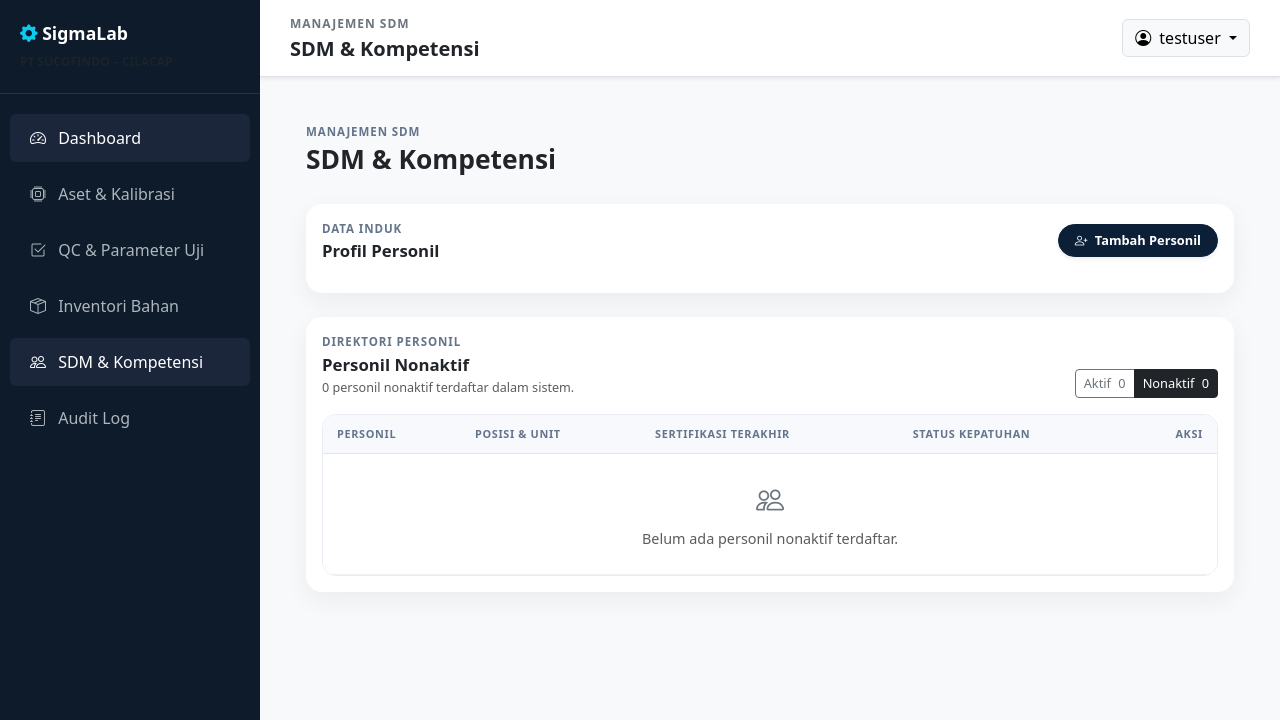
Repository: amelianeesa/sigmalab
Page: http://localhost/sdm?status=nonaktif
An editor plug-in stored every save of this project. The page is shown before and after the next save, followed by the edit.
The browser window is 1280 px wide. The pictures show the whole page.
The page is served by the project's Laravel application, run on PHP 8.4 with Laravel 12. A made-up administrator, Test User (test@example.com), is signed in. Other server files are loaded and not shown. Queries for data that is not in the repository find no rows.

Above is the page before, as saved 2026-08-05 16:08:43.

### routes/web.php
<?php

use Illuminate\Support\Facades\Route;
use App\Http\Controllers\AuthController;
use App\Http\Controllers\SdmController;

Route::get('/', [AuthController::class, 'showLogin']);
Route::get('/login', [AuthController::class, 'showLogin'])->name('login');
Route::post('/login', [AuthController::class, 'processLogin'])->name('login.process');

Route::get('/register', [AuthController::class, 'showRegister'])->name('register');
Route::post('/register', [AuthController::class, 'processRegister'])->name('register.process');

Route::post('/logout', [AuthController::class, 'logout'])->name('logout');

Route::middleware(['auth'])->group(function () {

    Route::get('/dashboard', function () {
        return view('dashboard-index');
    })->name('dashboard');

    Route::get('/sdm', [SdmController::class, 'index'])->name('sdm.index');
    Route::get('/sdm/create', [SdmController::class, 'create'])->name('sdm.create');
    Route::post('/sdm', [SdmController::class, 'store'])->name('sdm.store');
    Route::get('/sdm/{id}/edit', [SdmController::class, 'edit'])->name('sdm.edit');
    Route::put('/sdm/{id}', [SdmController::class, 'update'])->name('sdm.update');
    Route::delete('/sdm/{id}', [SdmController::class, 'destroy'])->name('sdm.destroy');

    Route::get('/sdm/{id}/kompetensi', [SdmController::class, 'kompetensiDetail'])->name('sdm.kompetensi.detail');
    Route::get('/sdm/{id}/cv', [SdmController::class, 'showCv'])->name('sdm.cv');
});

### resources/views/sdm/index.blade.php
@extends('layouts.app')

@section('content')
<style>
    .sdm-page { color: #172b4d; font-size: .9rem; }
    .sdm-page h2 { font-size: 1.65rem; }
    .sdm-page h5 { font-size: 1.05rem; }
    .sdm-page .card-body { padding: 1rem !important; }
    .sdm-page .btn { font-size: .8rem; }
    .sdm-page .badge { font-size: .68rem; }
    .sdm-page .section-card { border: 1px solid #e7edf3; box-shadow: 0 8px 24px rgba(15, 35, 59, .06) !important; }
    .sdm-page .section-kicker { color: #64748b; font-size: .72rem; font-weight: 700; letter-spacing: .08em; text-transform: uppercase; }
    .sdm-page .table-shell { border: 1px solid #e8edf3; border-radius: 14px; overflow: hidden; }
    .sdm-page .personil-table { margin: 0; }
    .sdm-page .personil-table thead th { background: #f7f9fc; border-bottom: 1px solid #dfe6ee; color: #64748b; font-size: .68rem; font-weight: 700; letter-spacing: .06em; padding: 11px 14px; text-transform: uppercase; white-space: nowrap; }
    .sdm-page .personil-table tbody td { border-color: #edf1f5; padding: 11px 14px; vertical-align: middle; }
    .sdm-page .personil-table tbody tr:hover { background: #f8fbfd; }
    .sdm-page .personil-avatar { align-items: center; background: #e5f2f7; border-radius: 50%; color: #0b5875; display: inline-flex; flex: 0 0 32px; font-size: .68rem; font-weight: 700; height: 32px; justify-content: center; width: 32px; }
    .sdm-page .status-review { background: #fff1f2; border: 1px solid #fecdd3; color: #be123c; font-size: .75rem; font-weight: 700; }
    .sdm-page .status-active { background: #ecfdf5; border: 1px solid #a7f3d0; color: #047857; font-size: .75rem; font-weight: 700; }
    .sdm-page .status-warning { background: #fffbeb; border: 1px solid #fde68a; color: #b45309; font-size: .75rem; font-weight: 700; }
    .sdm-page .status-expired { background: #fff1f2; border: 1px solid #fecdd3; color: #be123c; font-size: .75rem; font-weight: 700; }
    .sdm-page .status-empty { background: #f1f5f9; border: 1px solid #d8e0ea; color: #64748b; font-size: .75rem; font-weight: 700; }
    .sdm-page .add-personil-btn { background: #0b1f36; border-color: #0b1f36; }
    .sdm-page .add-personil-btn:hover { background: #12385d; border-color: #12385d; }
    .sdm-page .action-btn { align-items: center; border-radius: 7px; display: inline-flex; font-size: .76rem; height: 28px; justify-content: center; width: 28px; }
    .sdm-page .form-select-lg { font-size: .9rem; min-height: 42px; padding-bottom: .45rem; padding-top: .45rem; }
</style>
<div class="sdm-page">
<div class="container-fluid px-3 py-3">
    <div class="d-flex justify-content-between align-items-center mb-4">
        <div>
            <span class="section-kicker d-block mb-1">Manajemen SDM</span>
            <h2 class="fw-bold text-dark mb-1">SDM & Kompetensi</h2>
            <p class="text-muted mb-0"></p>
        </div>
    </div>

    @if(session('success'))
        <div class="alert alert-success alert-dismissible fade show shadow-sm" role="alert">
            <i class="bi bi-check-circle-fill me-2"></i> {{ session('success') }}
            <button type="button" class="btn-close" data-bs-dismiss="alert" aria-label="Close"></button>
        </div>
    @endif

    @if(session('error'))
        <div class="alert alert-danger alert-dismissible fade show shadow-sm" role="alert">
            <i class="bi bi-exclamation-triangle-fill me-2"></i> {{ session('error') }}
            <button type="button" class="btn-close" data-bs-dismiss="alert" aria-label="Close"></button>
        </div>
    @endif

    @if($errors->any())
        <div class="alert alert-danger alert-dismissible fade show shadow-sm" role="alert">
            <i class="bi bi-exclamation-triangle-fill me-2"></i> Data belum dapat disimpan. Periksa isian berikut.
            <ul class="mb-0 mt-2 ps-3">
                @foreach($errors->all() as $error)
                    <li>{{ $error }}</li>
                @endforeach
            </ul>
            <button type="button" class="btn-close" data-bs-dismiss="alert" aria-label="Close"></button>
        </div>
    @endif

    <div class="card section-card border-0 rounded-4 mb-4">
        <div class="card-body p-4">
            <div class="d-flex justify-content-between align-items-center mb-3">
                <div>
                    <span class="section-kicker d-block mb-1">Data induk</span>
                    <h5 class="fw-bold text-dark mb-0">Profil Personil</h5>
                </div>
                <button type="button" class="btn btn-dark add-personil-btn shadow-sm px-3 fw-semibold rounded-pill" data-bs-toggle="modal" data-bs-target="#modalTambahPersonil">
                    <i class="bi bi-person-plus me-1"></i> Tambah Personil
                </button>
            </div>

            <div class="d-none">
                <select class="form-select form-select-lg rounded-3 border-secondary-subtle" onchange="window.location.href = this.value ? '?personil_id=' + this.value : '{{ route('sdm.index') }}'">
                    <option value="">— Pilih personil —</option>
                    @foreach($personil as $p)
                        <option value="{{ $p->personil_id }}" {{ isset($selectedPersonil) && $selectedPersonil->personil_id == $p->personil_id ? 'selected' : '' }}>
                            {{ $p->nama }} — {{ $p->jabatan }}
                        </option>
                    @endforeach
                </select>
            </div>

            @if($selectedPersonil)
            <div class="p-3 border rounded-4 bg-light bg-opacity-50">
                <div class="d-flex align-items-start gap-3 mb-4">
                    <div class="rounded-circle bg-dark text-white fw-bold d-flex align-items-center justify-content-center shadow-sm" style="width: 50px; height: 50px; font-size: 18px;">
                        {{ strtoupper(substr($selectedPersonil->nama, 0, 2)) }}
                    </div>
                    <div>
                        <h5 class="fw-bold text-dark mb-1">{{ $selectedPersonil->nama }}</h5>
                        <p class="text-muted small mb-1">{{ $selectedPersonil->jabatan }}</p>
                        @if($selectedPersonil->file_cv)
                            <a href="{{ route('sdm.cv', $selectedPersonil->personil_id) }}" target="_blank" class="text-decoration-none small text-primary fw-semibold">
                                <i class="bi bi-file-earmark-pdf me-1"></i> CV: Lihat Dokumen/Foto
                            </a>
                        @else
                            <span class="text-muted small">CV: Belum diunggah</span>
                        @endif
                    </div>
                </div>
                <div class="mb-4 d-none">
                    <span class="text-uppercase text-secondary fs-7 fw-bold d-block mb-2" style="font-size: 11px; letter-spacing: 0.5px;">Matriks Kompetensi</span>
                    <div class="bg-white p-3 rounded-3 border d-flex justify-content-between align-items-center mb-2">
                        <span class="fw-semibold text-dark">Audit Mutu Internal</span>
                        <span class="badge bg-primary-subtle text-primary border border-primary-subtle px-3 py-1 rounded-pill">Ahli</span>
                    </div>
                    <button type="button" class="btn btn-sm btn-outline-dark rounded-pill px-3 fw-semibold">
                        + Tambah Kompetensi
                    </button>
                </div>

                <div class="d-none">
                    <span class="text-uppercase text-secondary fs-7 fw-bold d-block mb-2" style="font-size: 11px; letter-spacing: 0.5px;">Sertifikasi & Pelatihan</span>
                    <div class="bg-white p-3 rounded-3 border d-flex justify-content-between align-items-center mb-2">
                        <div>
                            <h6 class="fw-bold text-dark mb-1">Pelatihan K3 Laboratorium</h6>
                            <p class="text-muted small mb-0">Terbit 01 Mei 2023 • Berlaku s.d 01 Mei 2025</p>
                        </div>
                        <span class="badge bg-danger-subtle text-danger border border-danger-subtle px-3 py-2 rounded-pill">
                            Harus sertifikasi ulang
                        </span>
                    </div>
                    <button type="button" class="btn btn-sm btn-outline-dark rounded-pill px-3 fw-semibold">
                        + Tambah Sertifikasi / Pelatihan
                    </button>
                </div>

                <div class="mt-3 pt-3 border-top">
                    <div class="mb-2">
                        <div>
                            <span class="section-kicker d-block mb-1">Data personil</span>
                            <h6 class="fw-bold text-dark mb-0">Sertifikasi & Kompetensi</h6>
                        </div>
                    </div>

                    @forelse($selectedPersonil->kompetensi as $kompetensi)
                        <div class="bg-white border rounded-3 px-3 py-2 mb-2">
                            <div>
                                <span class="d-block fw-semibold text-dark small">{{ $kompetensi->jenis_sertifikasi }}</span>
                                <div class="row g-1 mt-1 small text-muted">
                                    <div class="col-md-4">No. sertifikat: {{ $kompetensi->no_sertifikasi ?? 'Belum dicatat' }}</div>
                                    <div class="col-md-4">Terbit: {{ $kompetensi->tanggal_terbit?->format('d/m/Y') ?? 'Tidak ditentukan' }}</div>
                                    <div class="col-md-4">Berlaku s.d.: {{ $kompetensi->tanggal_berakhir?->format('d/m/Y') ?? 'Tidak ditentukan' }}</div>
                                </div>
                            </div>
                        </div>
                    @empty
                        <div class="text-center border rounded-3 bg-white py-3 text-muted small">
                            <i class="bi bi-award me-1"></i> Belum ada sertifikasi atau kompetensi yang tercatat.
                        </div>
                    @endforelse
                </div>
            </div>
            @endif
        </div>
    </div>

    <div class="card section-card border-0 rounded-4">
        <div class="card-body p-4">
            <div class="d-flex flex-wrap justify-content-between align-items-end gap-3 mb-3">
                <div>
                    <span class="section-kicker d-block mb-1">Direktori personil</span>
                    <h5 class="fw-bold text-dark mb-1">{{ $showInactive ? 'Personil Nonaktif' : 'Daftar Personil Lab & Kalibrasi' }}</h5>
                    <p class="text-muted small mb-0">{{ $personil->count() }} personil {{ $showInactive ? 'nonaktif' : 'aktif' }} terdaftar dalam sistem.</p>
                </div>
                <div class="btn-group btn-group-sm" role="group" aria-label="Filter status personil">
                    <a href="{{ route('sdm.index') }}" class="btn {{ ! $showInactive ? 'btn-dark' : 'btn-outline-secondary' }}">Aktif <span class="ms-1">{{ $jumlahPersonilAktif }}</span></a>
                    <a href="{{ route('sdm.index', ['status' => 'nonaktif']) }}" class="btn {{ $showInactive ? 'btn-dark' : 'btn-outline-secondary' }}">Nonaktif <span class="ms-1">{{ $jumlahPersonilNonaktif }}</span></a>
                </div>
            </div>
            <div class="table-responsive table-shell">
                <table class="table personil-table align-middle">
                    <thead>
                        <tr>
                            <th>Personil</th>
                            <th>Posisi & Unit</th>
                            <th>Sertifikasi Terakhir</th>
                            <th>Status Kepatuhan</th>
                            <th class="text-end">Aksi</th>
                        </tr>
                    </thead>
                    <tbody>
                        @forelse($personil as $row)
                        <tr>
                            <td>
                                <div class="d-flex align-items-center gap-3">
                                    <span class="personil-avatar">{{ strtoupper(substr($row->nama, 0, 2)) }}</span>
                                    <div>
                                        <span class="d-block fw-semibold text-dark">{{ $row->nama }}</span>
                                        <span class="small text-muted">ID: {{ $row->no_induk }}</span>
                                    </div>
                                </div>
                            </td>
                            <td>
                                <span class="d-block fw-semibold text-dark small">{{ $row->jabatan ?? '—' }}</span>
                                <span class="small text-muted">{{ $row->unit_kerja ?? 'Unit belum ditetapkan' }}</span>
                            </td>
                            @php($sertifikasi = $row->sertifikasiTerakhir)
                            <td>
                                @if($sertifikasi)
                                    <span class="d-block fw-semibold text-dark small">{{ $sertifikasi->jenis_sertifikasi }}</span>
                                    <span class="small text-muted">Berlaku s.d. {{ $sertifikasi->tanggal_berakhir?->format('d/m/Y') ?? 'Tidak ditentukan' }}</span>
                                @else
                                    <span class="small text-muted"><i class="bi bi-dash-circle me-1"></i> Belum ada sertifikat</span>
                                @endif
                            </td>
                            <td>
                                @php($status = $row->statusSertifikasi)
                                <span class="badge rounded-pill {{ $status['class'] }} px-3 py-2" style="font-size: 0;">
                                    <span style="font-size: .75rem;"><i class="bi bi-{{ $status['icon'] }} me-1"></i>{{ $status['label'] }}</span>
                                    • Perlu Sertifikasi Ulang
                                </span>
                            </td>
                            <td class="text-end">
                                <div class="d-inline-flex gap-1">
                                    @if($selectedPersonil && $selectedPersonil->personil_id === $row->personil_id)
                                        <a href="{{ route('sdm.index', $showInactive ? ['status' => 'nonaktif'] : []) }}" class="btn btn-sm btn-light border text-secondary action-btn" title="Tutup profil" aria-label="Tutup profil {{ $row->nama }}">
                                            <i class="bi bi-eye-slash"></i>
                                        </a>
                                    @else
                                        <a href="{{ route('sdm.index', $showInactive ? ['status' => 'nonaktif', 'personil_id' => $row->personil_id] : ['personil_id' => $row->personil_id]) }}" class="btn btn-sm btn-light border text-secondary action-btn" title="Lihat profil" aria-label="Lihat profil {{ $row->nama }}">
                                            <i class="bi bi-eye"></i>
                                        </a>
                                    @endif
                                    <a href="{{ route('sdm.edit', $row->personil_id) }}" class="btn btn-sm btn-light border text-primary action-btn" title="Ubah personil" aria-label="Ubah {{ $row->nama }}">
                                        <i class="bi bi-pencil-square"></i>
                                    </a>
                                    @if($showInactive)
                                        <form action="{{ route('sdm.activate', $row->personil_id) }}" method="POST" onsubmit="return confirm('Aktifkan kembali {{ $row->nama }}?')">
                                            @csrf
                                            @method('PATCH')
                                            <button type="submit" class="btn btn-sm btn-light border text-success action-btn" title="Aktifkan kembali" aria-label="Aktifkan kembali {{ $row->nama }}">
                                                <i class="bi bi-arrow-counterclockwise"></i>
                                            </button>
                                        </form>
                                        <form action="{{ route('sdm.force-destroy', $row->personil_id) }}" method="POST" onsubmit="return confirm('Hapus permanen {{ $row->nama }}? Tindakan ini tidak dapat dibatalkan.')">
                                            @csrf
                                            @method('DELETE')
                                            <button type="submit" class="btn btn-sm btn-light border text-danger action-btn" title="Hapus permanen" aria-label="Hapus permanen {{ $row->nama }}">
                                                <i class="bi bi-trash"></i>
                                            </button>
                                        </form>
                                    @else
                                        <form action="{{ route('sdm.destroy', $row->personil_id) }}" method="POST" onsubmit="return confirm('Hapus {{ $row->nama }} dari daftar personil? Data akan dinonaktifkan, bukan dihapus permanen.')">
                                            @csrf
                                            @method('DELETE')
                                            <button type="submit" class="btn btn-sm btn-light border text-danger action-btn" title="Hapus dari daftar" aria-label="Hapus {{ $row->nama }}">
                                                <i class="bi bi-pause-circle"></i>
                                            </button>
                                        </form>
                                    @endif
                                </div>
                            </td>
                        </tr>
                        @empty
                        <tr>
                            <td colspan="5" class="text-center py-4 text-muted">
                                <i class="bi bi-people d-block fs-3 mb-2 text-secondary"></i>
                                Belum ada personil {{ $showInactive ? 'nonaktif' : 'aktif' }} terdaftar.
                            </td>
                        </tr>
                        @endforelse
                    </tbody>
                </table>
            </div>
        </div>
    </div>
</div>
</div>

<div class="modal fade" id="modalTambahPersonil" tabindex="-1" aria-labelledby="modalTambahPersonilLabel" aria-hidden="true">
    <div class="modal-dialog modal-dialog-centered" style="height: min(85vh, 850px);">
        <div class="modal-content border-0 shadow-lg rounded-4 overflow-hidden h-100">
            <form action="{{ route('sdm.store') }}" method="POST" enctype="multipart/form-data" class="d-flex flex-column h-100">
                @csrf

                <div class="modal-header bg-white px-4 py-3 border-bottom flex-shrink-0">
                    <h5 class="modal-title fw-bold text-dark" id="modalTambahPersonilLabel">Tambah Personil</h5>
                    <button type="button" class="btn-close" data-bs-dismiss="modal" aria-label="Close"></button>
                </div>

                <div class="modal-body p-4 bg-white flex-grow-1" style="min-height: 0; overflow-y: auto;">
                    <div class="mb-3">
                        <label class="form-label text-secondary small fw-semibold">Nama</label>
                        <input type="text" name="nama" class="form-control" value="{{ old('nama') }}" placeholder="mis. Budi Santoso" required>
                    </div>

                    <div class="mb-3">
                        <label class="form-label text-secondary small fw-semibold">Nomor Induk</label>
                        <input type="text" name="no_induk" class="form-control" value="{{ old('no_induk') }}" placeholder="mis. 2026001" required>
                    </div>

                    <div class="mb-3">
                        <label class="form-label text-secondary small fw-semibold">Posisi / Lab</label>
                        <input type="text" name="jabatan" class="form-control" value="{{ old('jabatan') }}" placeholder="mis. Analis Lab Kimia" required>
                    </div>

                    <div class="mb-3">
                        <label class="form-label text-secondary small fw-semibold">Unit Kerja</label>
                        <input type="text" name="unit_kerja" class="form-control" value="{{ old('unit_kerja') }}" placeholder="mis. Laboratorium Kimia" required>
                    </div>

                    <div class="mb-3">
                        <label class="form-label text-secondary small fw-semibold">Upload CV / Foto Dokumen</label>
                        <input type="file" name="file_cv" class="form-control" accept="image/*,application/pdf">
                        <div class="form-text text-muted" style="font-size: 11px;">Format yang didukung: JPG, PNG, atau PDF (Maks. 2MB).</div>
                    </div>

                    <div class="mb-3">
                        <label class="form-label text-secondary small fw-semibold">Nama Sertifikasi / Pelatihan</label>
                        <input type="text" name="nama_sertifikasi" class="form-control" value="{{ old('nama_sertifikasi') }}" placeholder="mis. Pelatihan K3 Laboratorium">
                    </div>

                    <div class="mb-3">
                        <label class="form-label text-secondary small fw-semibold">Nomor Sertifikat</label>
                        <input type="text" name="no_sertifikasi" class="form-control" value="{{ old('no_sertifikasi') }}" placeholder="mis. K3-LAB/2026/001">
                    </div>

                    <div class="row">
                        <div class="col-md-6 mb-3">
                            <label class="form-label text-secondary small fw-semibold">Tanggal Terbit</label>
                            <input type="date" name="tanggal_terbit" class="form-control" value="{{ old('tanggal_terbit', date('Y-m-d')) }}">
                        </div>
                        <div class="col-md-6 mb-3">
                            <label class="form-label text-secondary small fw-semibold">Tanggal Berakhir</label>
                            <input type="date" name="tanggal_berakhir" class="form-control" value="{{ old('tanggal_berakhir') }}">
                        </div>
                    </div>
                </div>

                <div class="modal-footer bg-white px-4 py-3 border-top flex-shrink-0 d-flex justify-content-end gap-2">
                    <button type="button" class="btn btn-light border px-4 text-secondary fw-semibold rounded-2" data-bs-dismiss="modal">Batal</button>
                    <button type="submit" class="btn btn-dark px-4 fw-semibold rounded-2" style="background-color: #0b1f36;">Simpan</button>
                </div>
            </form>
        </div>
    </div>
</div>
@endsection

Loaded but not shown: app/Http/Controllers/Controller.php (common file); app/Http/Controllers/SdmController.php (256 lines, source omitted); resources/views/layouts/app.blade.php (127 lines, source omitted); app/Models/User.php (38 lines, source omitted); app/Models/Personil.php (29 lines, source omitted)

After the next save:
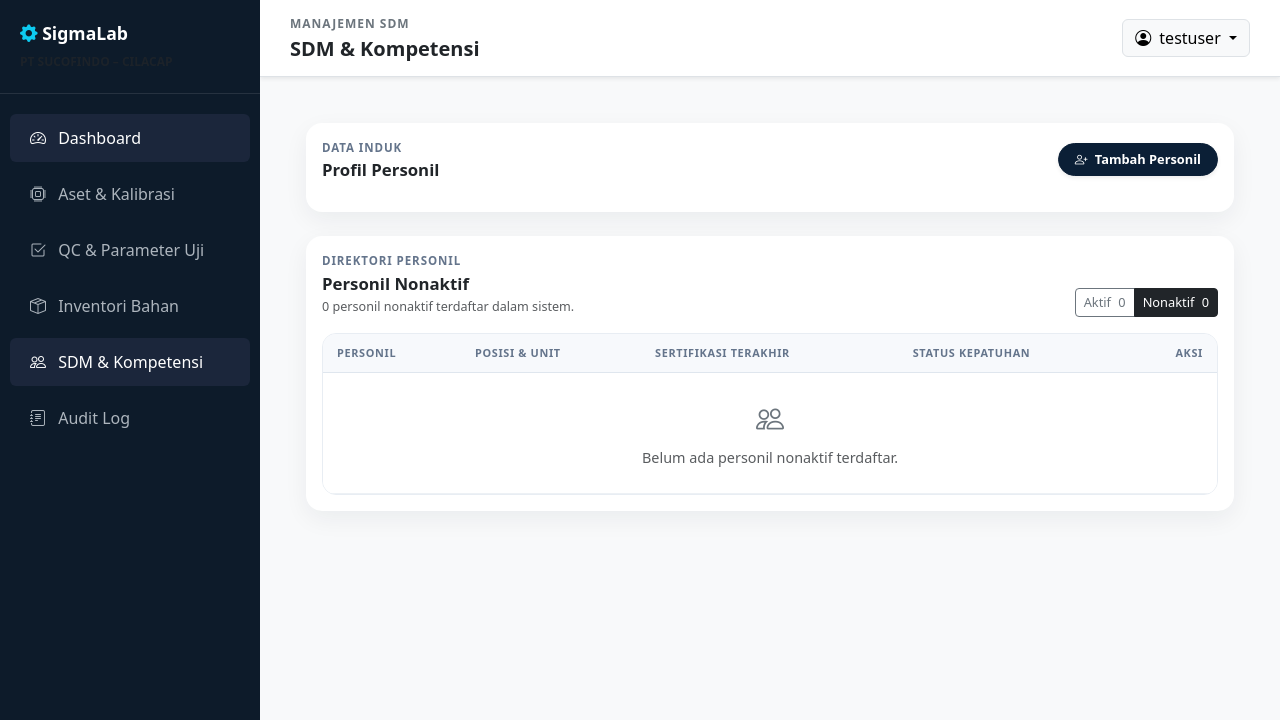
Saved 4 s later.
--- a/resources/views/sdm/index.blade.php
+++ b/resources/views/sdm/index.blade.php
@@ -28,13 +28,7 @@
 </style>
 <div class="sdm-page">
 <div class="container-fluid px-3 py-3">
-    <div class="d-flex justify-content-between align-items-center mb-4">
-        <div>
-            <span class="section-kicker d-block mb-1">Manajemen SDM</span>
-            <h2 class="fw-bold text-dark mb-1">SDM & Kompetensi</h2>
-            <p class="text-muted mb-0"></p>
-        </div>
-    </div>
+
 
     @if(session('success'))
         <div class="alert alert-success alert-dismissible fade show shadow-sm" role="alert">
